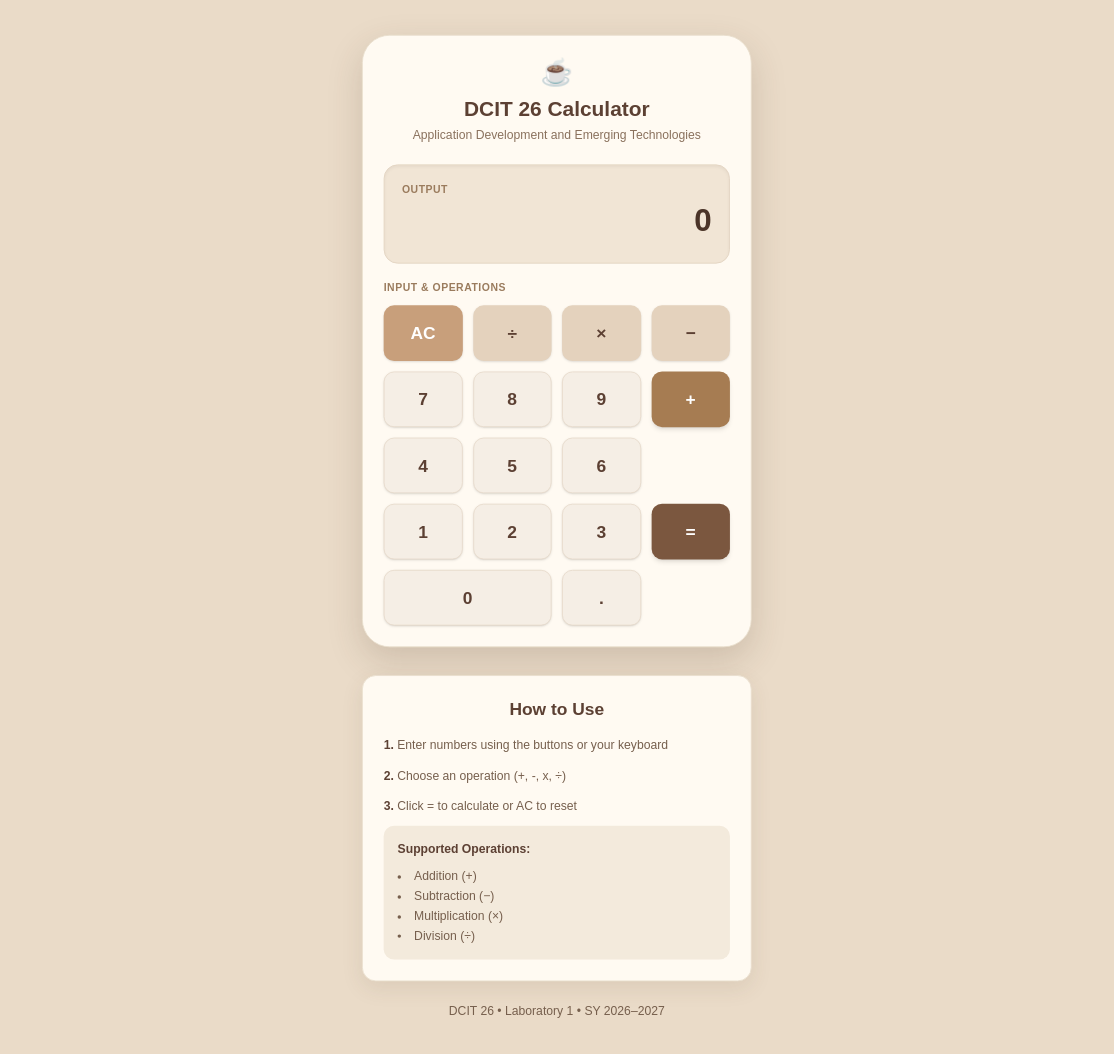
Repository: JulyoGit/first
Page: /
An editor plug-in stored every save of this project. The page is shown before and after the next save, followed by the edit.
The browser window is 1280 px wide. The pictures show the whole page, at 87% of full size.
The project was rebuilt for these pictures with package versions that can differ from the ones it lists, and the page was loaded fresh each time. Also part of the build but not shown: vite.config.js.

Above is the page before, as saved 2026-09-27 15:36:08.

After the next save:
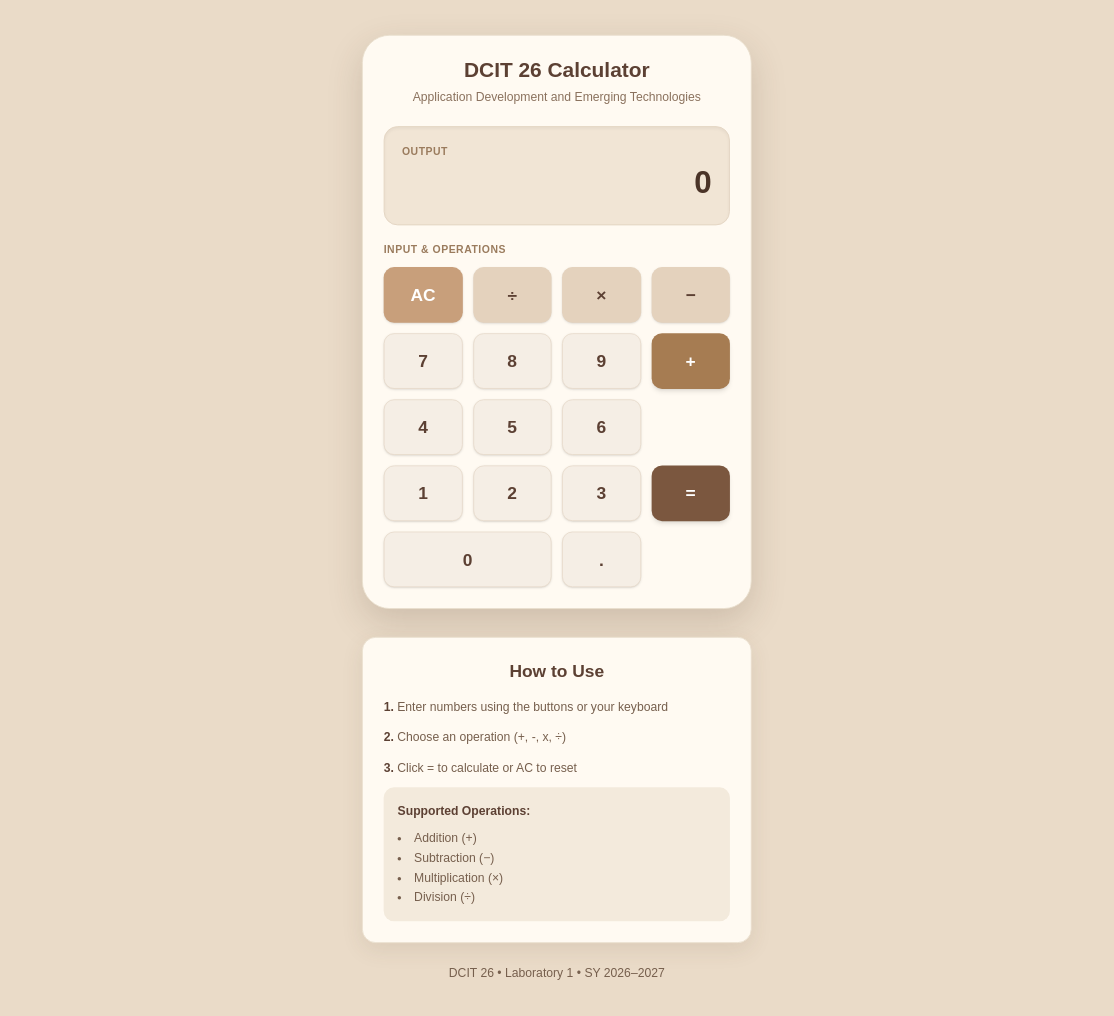
Saved 60 s later.
--- a/src/App.jsx
+++ b/src/App.jsx
@@ -196,7 +196,6 @@ function Calculator() {
   return (
     <div className="w-full max-w-md rounded-[2rem] bg-[#fffaf2] p-6 shadow-[0_15px_40px_rgba(76,55,38,0.18)] border border-[#eadfce]">
       <div className="mb-6 text-center">
-        <div className="mb-2 text-3xl">☕</div>
 
         <h1 className="text-2xl font-bold text-[#5c4033]">
           DCIT 26 Calculator
